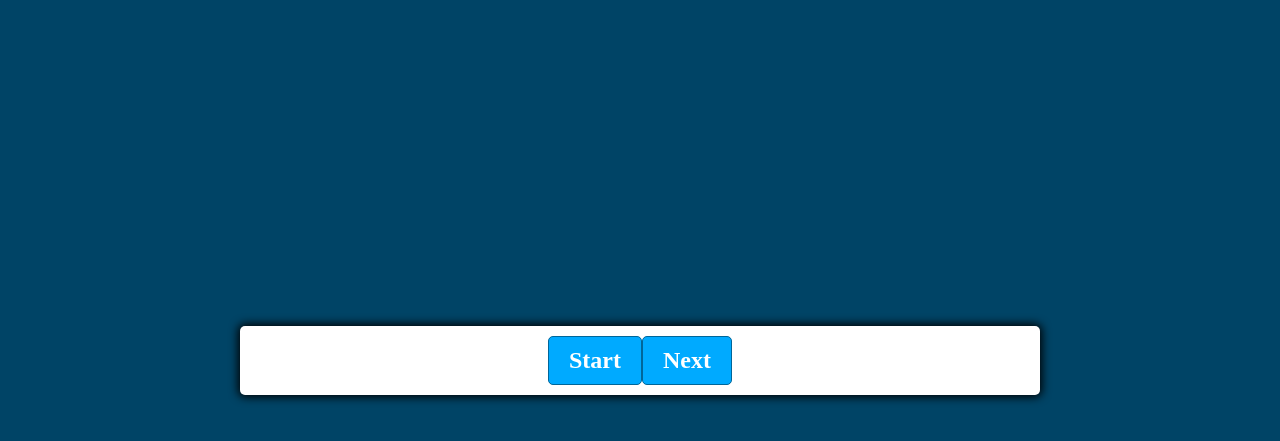
Repository: DaNiels89/quiz-js
Page: index.html
These files come from the project's save history. The page is drawn as it stood at one moment and after the next save; the edit follows.
The browser window is 1280 px wide. The pictures show the whole page.

Above is the page before, as saved 2020-06-22 09:54:18.

After the next save:
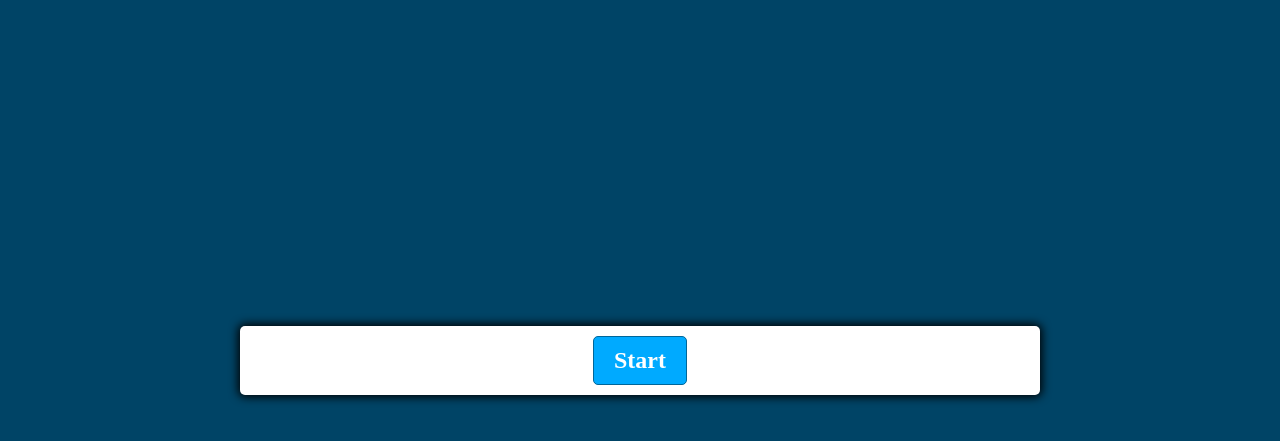
Saved 35 s later.
--- a/index.html
+++ b/index.html
@@ -22,7 +22,7 @@
         </div>
         <div class="controls">
             <button id="start-btn" class="start-btn btn">Start</button>
-            <button id="next-btn" class="next-btn btn">Next</button>
+            <button id="next-btn" class="next-btn btn hide">Next</button>
         </div>
     </div>
 </body>
